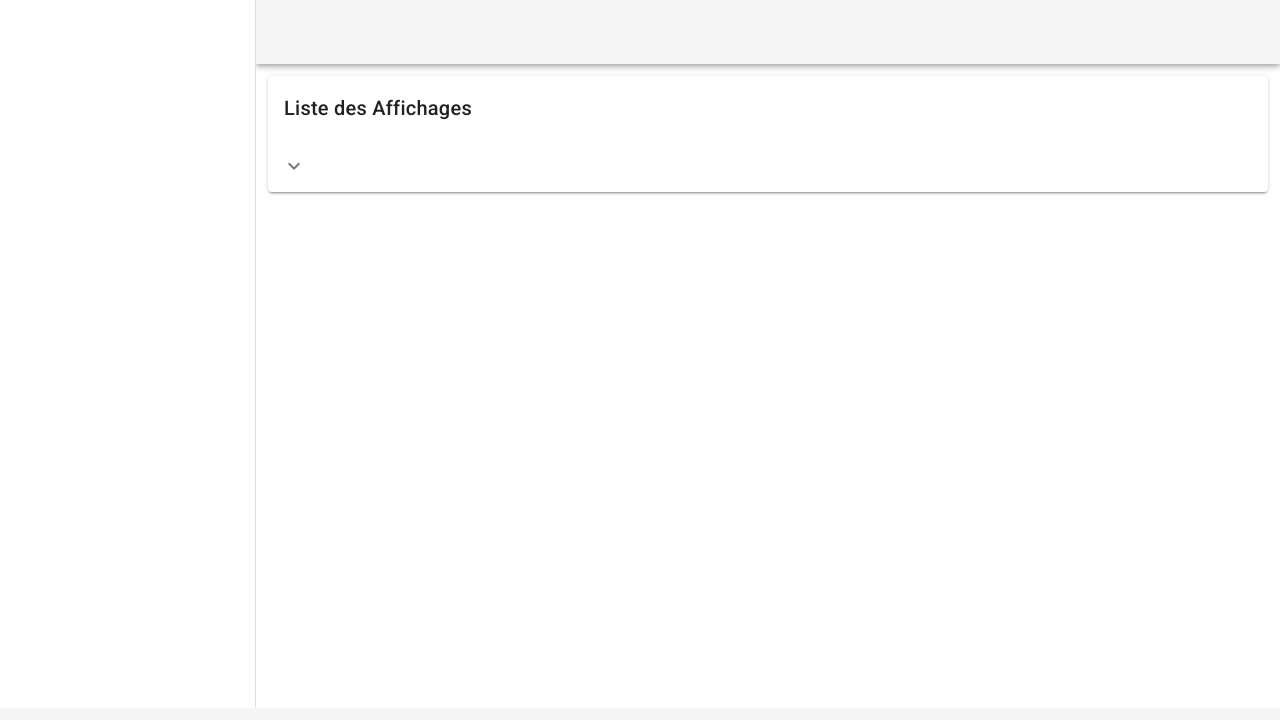
Repository: Hamagistral/BannerApp-Vue
Page: /
The author's editor kept a copy of each file at every save. The page is drawn from the files as they stood at one save, then again after the next save.
The browser window is 1280 px wide. The pictures show the whole page.
The project was rebuilt for these pictures with package versions that can differ from the ones it lists, and the page was loaded fresh each time. Also part of the build but not shown: vue.config.js. Imported but missing from the stored project, and not drawn on this page: src/DynamicPage.vue.

Above is the page before, as saved 2023-02-07 01:09:17.

### public/index.html
<!DOCTYPE html>
<html lang="en">
  <head>
    <meta charset="utf-8">
    <meta http-equiv="X-UA-Compatible" content="IE=edge">
    <meta name="viewport" content="width=device-width,initial-scale=1.0">
    <link rel="icon" href="<%= BASE_URL %>favicon.ico">
    <title>Banner App</title>
    <link rel="stylesheet" href="https://fonts.googleapis.com/css?family=Roboto:100,300,400,500,700,900">
    <link rel="stylesheet" href="https://cdn.jsdelivr.net/npm/@mdi/font@latest/css/materialdesignicons.min.css">
  </head>
  <body>
    <noscript>
      <strong>We're sorry but Banner App doesn't work properly without JavaScript enabled. Please enable it to continue.</strong>
    </noscript>
    <div id="app"></div>
    <!-- built files will be auto injected -->
  </body>
</html>

### src/App.vue
<template>
  <v-app>
  <v-navigation-drawer app>
    <!-- -->
  </v-navigation-drawer>

  <v-app-bar app>
    <!-- -->
  </v-app-bar>

  <!-- Sizes your content based upon application components -->
  <v-main>

    <!-- Provides the application the proper gutter -->
    <v-container fluid>

      <!-- If using vue-router -->
      <router-view></router-view>
    </v-container>
  </v-main>

  <v-footer app>
    <!-- -->
  </v-footer>
</v-app>
</template>

<script>

export default {
  name: "App",
  components: {},
};
</script>

### src/router/index.js
import Vue from 'vue'
import VueRouter from 'vue-router'
import DynamicPage from '../DynamicPage.vue'
import Home from "../Home";

Vue.use(VueRouter)

const routes = [
  {
    path: '/',
    name: 'home',
    component: Home
  },
  {
    path: '/dynamicPage',
    name: 'dynamicPage',
    component: DynamicPage
  },

]

const router = new VueRouter({
  routes
})

export default router

### src/Home.vue
<template>
  <div class="text-center">
    <v-dialog v-model="dialog" width="800" persistent>
      <template v-slot:activator="{ on, attrs }">
        <v-card class="mx-auto" max-width="1000">

            <v-card-title color="warning" text>Liste des Affichages</v-card-title >

            <v-spacer></v-spacer>

          <v-card-actions>
            <v-btn icon @click="show = !show">
              <v-icon>{{
                show ? "mdi-chevron-up" : "mdi-chevron-down"
              }}</v-icon>
            </v-btn>
          </v-card-actions>

          <v-expand-transition>
            <div v-show="show">
              <v-divider></v-divider>
              <v-select
                class="my-4 mx-8"
                :items="items"
                label="Select Interface"
                dense
                solo
              ></v-select>

              <v-btn class="ma-2 mb-8" color="warning" v-bind="attrs" v-on="on">
                Nouvelle Interface
              </v-btn>

              <v-btn class="ma-2 mb-8" color="success" to="/dynamicPage">
                Afficher
              </v-btn>

              <v-btn class="ma-2 mb-8" color="error" v-bind="attrs" v-on="on">
                Modifier
              </v-btn>
            </div>
          </v-expand-transition>
        </v-card>
      </template>

      <v-card>
        <v-card-title class="text-h5 grey lighten-2">
          Add Interfaces
        </v-card-title>

        <v-tabs>
          <v-tab>Créer un nouvelle Interface</v-tab>
          <v-tab-item>
            <v-divider></v-divider>
            <v-divider></v-divider>
            <v-divider></v-divider>
            <v-divider></v-divider>
            <v-divider></v-divider>
            <v-divider></v-divider>
            <v-divider></v-divider>
            <v-divider></v-divider>
            <v-divider></v-divider>
            <v-row align="center" justify="space-around">
              <v-col cols="12" sm="6" md="4">
                <v-text-field dense label="Nom Interface" v-model="newItem"></v-text-field
                ></v-col
              ><v-btn tile color="success" v-on:click="items.push(newItem)" @click="dialog = false">
                  <v-icon left> mdi-pencil </v-icon>
                  Créer
                </v-btn></v-row
            >
          </v-tab-item>
          <v-tab>Importer une Interface</v-tab>
          <v-tab-item>Test</v-tab-item>
        </v-tabs>

        <v-divider></v-divider>
        <v-card-actions>
          <v-spacer></v-spacer>
          <v-btn color="primary" text @click="dialog = false"> Fermer </v-btn>
        </v-card-actions>
      </v-card>
    </v-dialog>
  </div>
</template>





<script>


export default {
  components: {
  },

  data() {
    return {
      newItem: "",
      show: false,
      dialog: false,
      items: ["Interface 1", "Interface 2", "Interface 3", "Interface 4"],
    };
  },
};
</script>

Loaded but not shown: src/main.js (common file); src/store/index.js (common file); src/plugins/vuetify.js (common file)

After the next save:
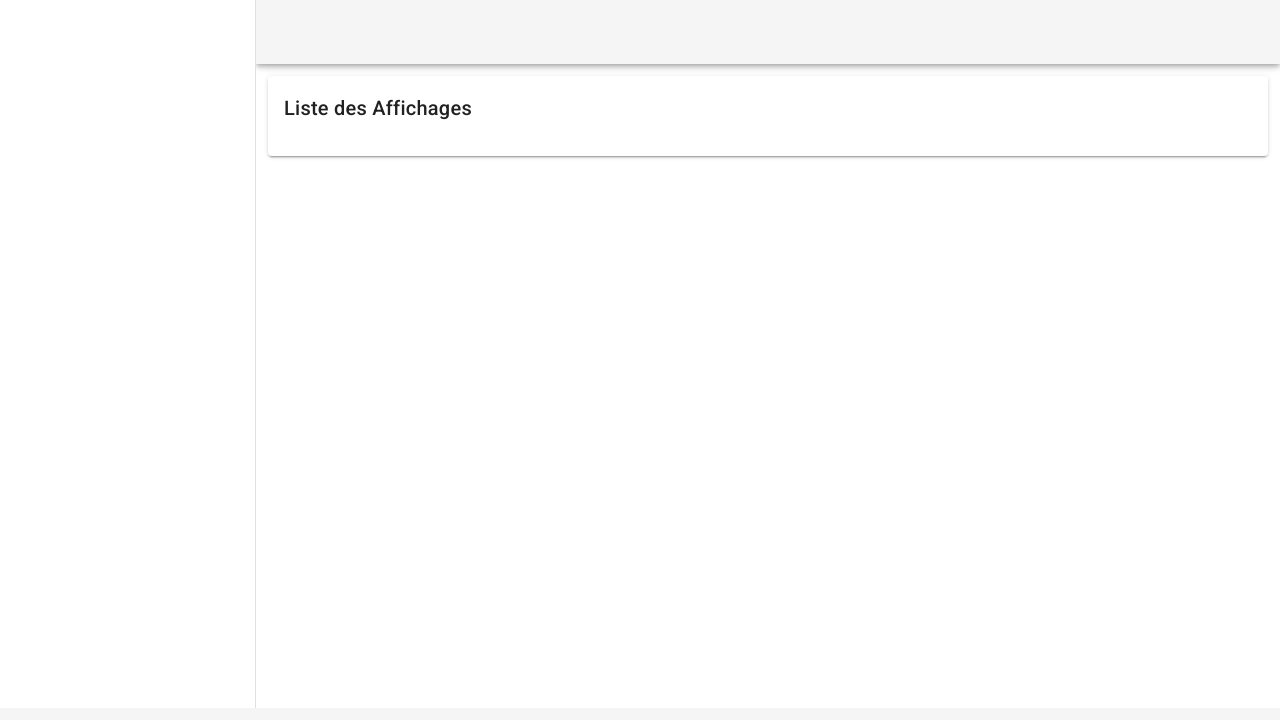
Saved 23 s later.
--- a/src/Home.vue
+++ b/src/Home.vue
@@ -9,14 +9,6 @@
             <v-spacer></v-spacer>
 
           <v-card-actions>
-            <v-btn icon @click="show = !show">
-              <v-icon>{{
-                show ? "mdi-chevron-up" : "mdi-chevron-down"
-              }}</v-icon>
-            </v-btn>
-          </v-card-actions>
-
-          <v-expand-transition>
             <div v-show="show">
               <v-divider></v-divider>
               <v-select
@@ -39,7 +31,7 @@
                 Modifier
               </v-btn>
             </div>
-          </v-expand-transition>
+          </v-card-actions>
         </v-card>
       </template>
 

After the save that followed:
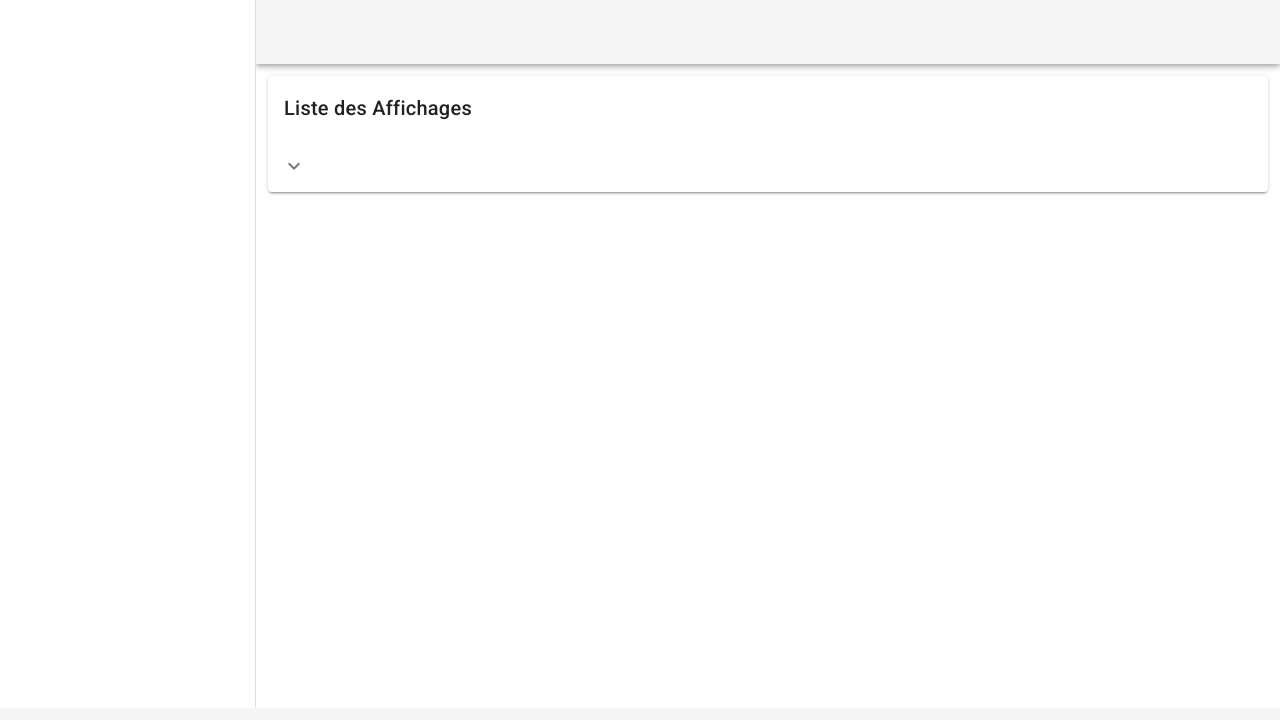
Saved 11 s later.
--- a/src/Home.vue
+++ b/src/Home.vue
@@ -9,6 +9,14 @@
             <v-spacer></v-spacer>
 
           <v-card-actions>
+            <v-btn icon @click="show = !show">
+              <v-icon>{{
+                show ? "mdi-chevron-up" : "mdi-chevron-down"
+              }}</v-icon>
+            </v-btn>
+          </v-card-actions>
+
+          <v-expand-transition>
             <div v-show="show">
               <v-divider></v-divider>
               <v-select
@@ -31,7 +39,7 @@
                 Modifier
               </v-btn>
             </div>
-          </v-card-actions>
+          </v-expand-transition>
         </v-card>
       </template>
 
